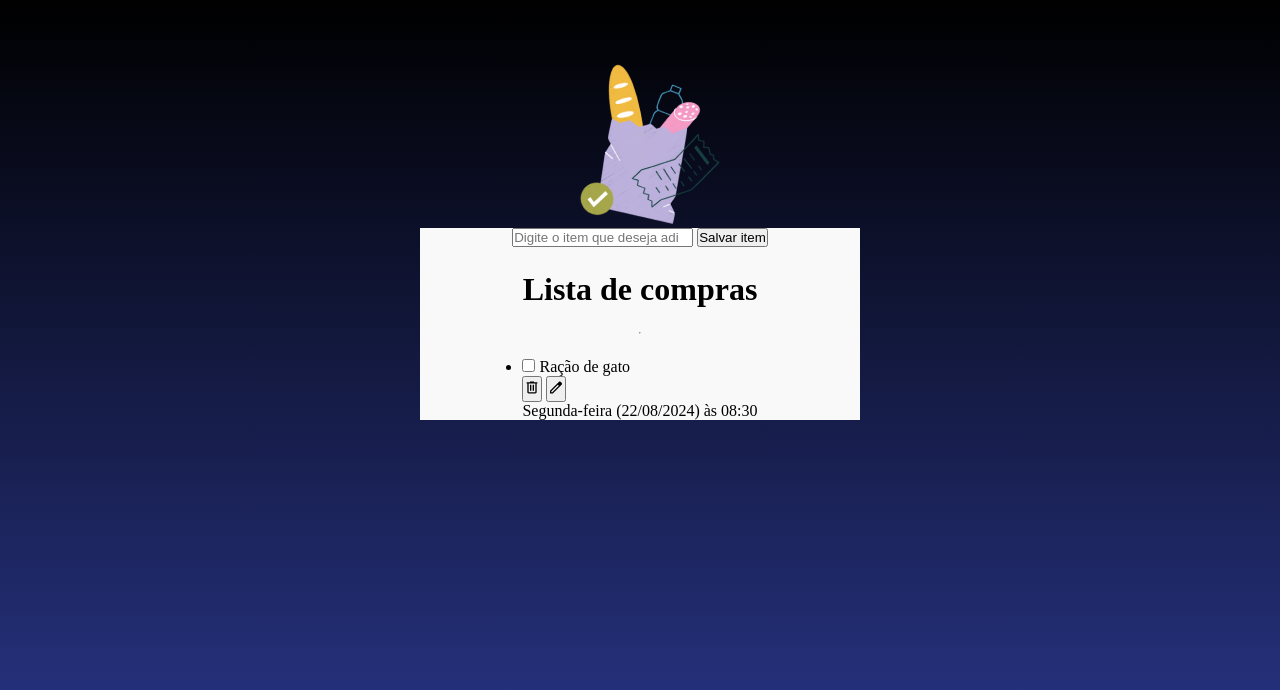
Repository: joaoPraiaJunior/compras_js
Page: index.html
An editor plug-in stored every save of this project. The page is shown before and after the next save, followed by the edit.
The browser window is 1280 px wide. The pictures show the whole page.
Some web fonts or font styles are not loaded; a fallback is used.

Above is the page before, as saved 2024-08-22 19:51:51.

### index.html
<!DOCTYPE html>
<html lang="pt-BR" dir="ltr">

<head>
    <meta charset="UTF-8">
    <meta name="viewport" content="width=device-width, initial-scale=1.0">
    <meta name="description" content="Lista de compras">
    <title>Lista de Compras</title>
    <link rel="preconnect" href="https://fonts.googleapis.com">
    <link rel="preconnect" href="https://fonts.gstatic.com" crossorigin>
    <link href="https://fonts.googleapis.com/css2?family=Krona+One&family=Montserrat&family=Numans&display=swap" rel="stylesheet">
    <link rel="stylesheet" href="./css/styles.css">
</head>

<body>
    <header>
        <img src="./img/bag.png" alt="sacola de compras">
    </header>
    <main>
        <form>
            <input type="search" name="busca" placeholder="Digite o item que deseja adicionar">
            <button>Salvar item</button>
        </form>
        <h1>Lista de compras</h1>
        <hr>

        <ul>
            <li>
                <div>
                    <div>
                        <input type="checkbox" name="produto" id="racao_de_gato">
                        <label for="racao_de_gato">Ração de gato</label>
                    </div>
                    <div>
                        <button><img src="./img/delete.svg" alt="Deletar"></button>
                        <button><img src="./img/edit.svg" alt="Editar"></button>
                    </div>
                </div>
                <p>Segunda-feira (<time datetime="2024-08-22">22/08/2024</time>) às <time>08:30</time></p>
            </li>
        </ul>
    </main>
</body>

</html>

### css/styles.css
* {
    box-sizing: border-box;
    margin: 0;
    padding: 0;
}

html {
    font-size: 62.5%;
}

:root {
    --cor-primaria: #F55B64;
    --cor-secundaria: #C2373F;
    --neutro: #F9F9F9;
    --preto: #131730;
    --fonte-titulo: "Krona One", sans-serif;
    --fonte-texto: 'Numans', sans-serif;
    --degrade-azul: linear-gradient(180deg, #000000 0%, #26327F 100%);
}

body {
    display: flex;
    flex-direction: column;
    align-items: center;
    background: var(--degrade-azul);
    background-repeat: no-repeat;
    font-size: 1.6rem;
    height: 100vh;
}

header {
    margin-top: 6.4rem
}

main {
    display: flex;
    flex-direction: column;
    align-items: center;
    gap: 2.4rem;
    background-color: var(--neutro);
    width: 44.0rem;
}

After the next save:
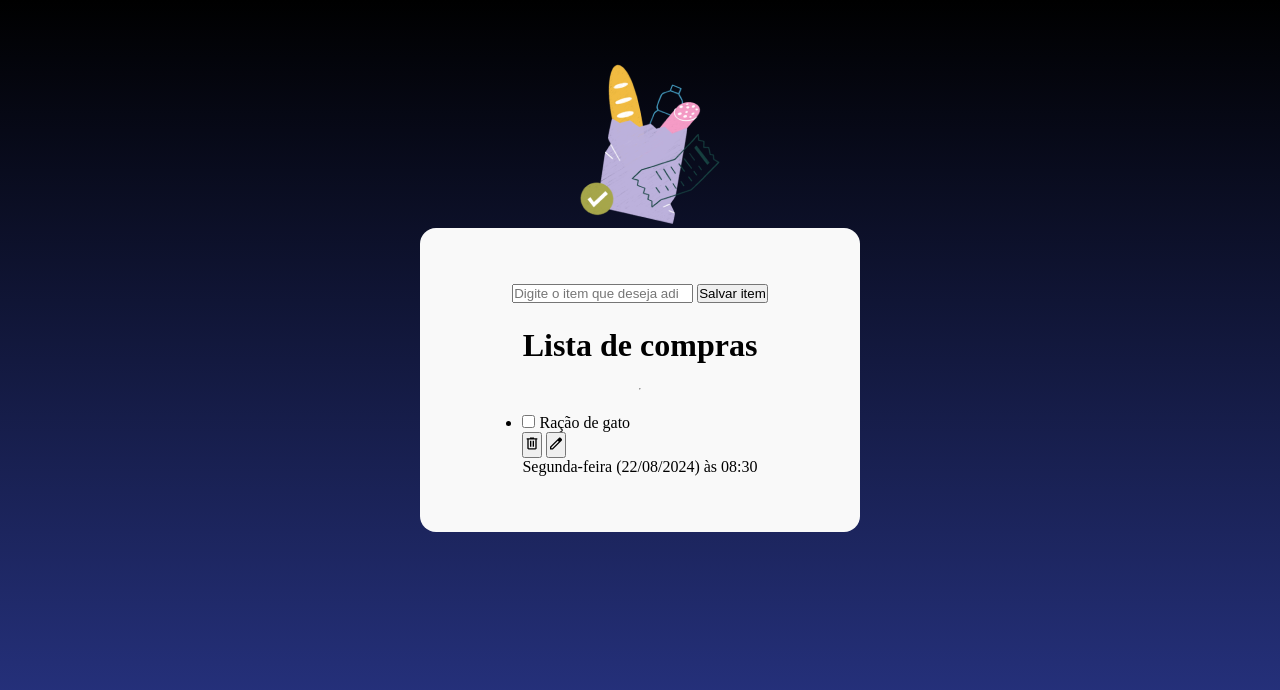
Saved 45 s later.
--- a/css/styles.css
+++ b/css/styles.css
@@ -38,5 +38,7 @@ main {
     align-items: center;
     gap: 2.4rem;
     background-color: var(--neutro);
+    border-radius: 1.6rem;
+    padding: 5.6rem;
     width: 44.0rem;
 }
